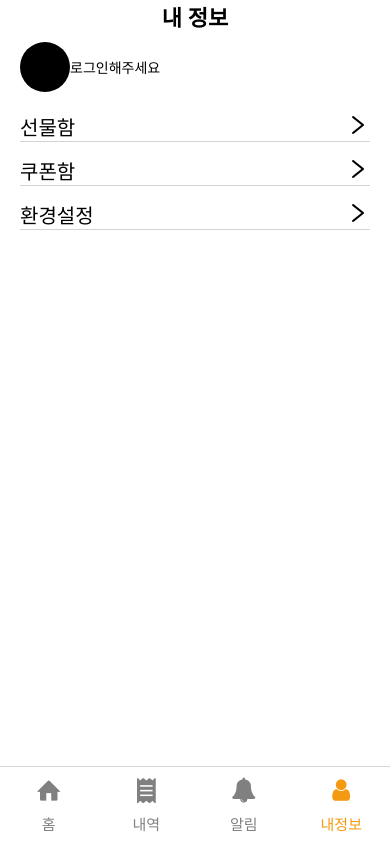
Repository: Unique0902/GachiDutch
Screen: /User
These files come from the project's save history. The screen is drawn as it stood at one moment and after the next save; the edit follows.
The app was drawn by React Native's web renderer in a window 390 px wide. The project was rebuilt for these pictures with package versions that can differ from the ones it lists, and the page was loaded fresh each time. Some packages were replaced by stand-ins written for this rebuild. Also part of the build but not shown: sources/components/lowBar/lowBar.jsx, sources/components/taxi/taxi.jsx, sources/components/alarm/alert.js, sources/components/alarm/alarm.jsx, sources/components/dutch_history/dutch_history.jsx, sources/components/dutchpay_historys/dutchpay_historys.jsx, sources/components/delivery_historys/delivery_historys.jsx, sources/components/taxi_historys/taxi_historys.jsx and 3 more.

Above is the screen before, as saved 2022-11-11 16:44:46.

### App.js
import React from 'react';
import { StyleSheet, Text, View, Image } from 'react-native';
import Home from './sources/components/home/home';
import { NavigationContainer } from '@react-navigation/native';
import { createNativeStackNavigator } from '@react-navigation/native-stack';
import Taxi from './sources/components/taxi/taxi';
import Main from './sources/routes/main/main';
import Login from './sources/routes/login/login';
import HttpClient from './sources/network/http.js';
import ReceiptService from './sources/services/receipt.js';
import Ready from './sources/components/ready/ready';

const Stack = createNativeStackNavigator();
const baseURL = 'https://dutch-server.herokuapp.com';
const httpClient = new HttpClient(baseURL);
const receiptService = new ReceiptService(baseURL);

export default function App() {
  return (
    <>
      <NavigationContainer>
        <Stack.Navigator screenOptions={{ headerShown: false }}>
          <Stack.Screen
            name='Main'
            children={({ navigation, route }) => (
              <Main
                receiptService={receiptService}
                navigation={navigation}
                route={route}
              />
            )}
          />
          <Stack.Screen name='Taxi' component={Taxi} />
          <Stack.Screen name='Login' component={Login} />
          <Stack.Screen name='Ready' component={Ready} />
        </Stack.Navigator>
      </NavigationContainer>
    </>
  );
}

const styles = StyleSheet.create({
  header: {
    flexDirection: 'row',
    alignItems: 'center',
    justifyContent: 'space-between',
    margin: 25,
  },
  main: {},
  container: {
    flex: 1,
    backgroundColor: '#fff',
    alignItems: 'center',
    justifyContent: 'center',
  },
  logo: {
    width: 150,
    height: 30,
  },
});

### sources/components/home/home.jsx
import React, { useRef, useState, useEffect } from 'react';
import {
  StyleSheet,
  Text,
  View,
  Image,
  Button,
  Pressable,
  ScrollView,
  Dimensions,
} from 'react-native';
import { Entypo } from '@expo/vector-icons';
import { FontAwesome } from '@expo/vector-icons';
import { FontAwesome5 } from '@expo/vector-icons';
import LowBar from '../lowBar/lowBar';
import { isLogin, getUid } from '../../services/asyncstorage';
import { StatusBar } from 'react-native';

const Home = ({ login, setLogin, navigation, setUserData, userData }) => {
  const [scrollNum, setScrollNum] = useState(1);
  const windowWidth = Dimensions.get('window').width;
  const statusBarHeight = StatusBar.currentHeight;
  const headerStyle = {
    marginTop: statusBarHeight,
  };
  let advertisementWidth = windowWidth - 40;
  const scrollWidth = parseInt(advertisementWidth);
  let scrollLeft = 0;

  const advertisementStyle = () => {
    return {
      width: advertisementWidth,
    };
  };
  const pageCircleStyle = (num) => {
    if (scrollNum === num) {
      return {
        color: '#FB9700',
      };
    } else {
      return {
        color: '#FFFDD1',
      };
    }
  };
  const scrollRef = useRef();
  return (
    <View style={[styles.home, headerStyle]}>
      <View style={styles.top}>
        <View style={styles.header}>
          <Image
            source={require('../../images/dutch_logo.png')}
            style={styles.logo}
          />
          <Pressable
            onPress={() => {
              navigation.navigate('Ready');
            }}
          >
            <Entypo name='menu' size={35} color='black' />
          </Pressable>
        </View>
        <View style={styles.mainTop}>
          {login ? (
            <View style={styles.onLogin}>
              <Text style={styles.onLoginText}>
                {userData && userData.name}님 반가워요!
              </Text>
            </View>
          ) : (
            <View style={styles.login}>
              <View style={styles.loginTop}>
                <Pressable
                  style={styles.loginBtn}
                  onPress={() =>
                    navigation.navigate('Login', { setLogin, setUserData })
                  }
                >
                  <Text style={[styles.loginText, styles.loginBtnText]}>
                    로그인
                  </Text>
                </Pressable>
                <Text style={styles.loginText}>하시고</Text>
              </View>
              <Text style={styles.loginText}>다양한 혜택을 만나 보세요!</Text>
            </View>
          )}
          <View style={styles.advertisementBox}>
            <ScrollView
              horizontal
              pagingEnabled
              contentContainerStyle={styles.advertisementScroll}
              ref={scrollRef}
              onScroll={(e) => {
                scrollLeft = parseInt(e.nativeEvent.contentOffset.x);
                if (scrollLeft % scrollWidth < 10) {
                  setScrollNum(parseInt(scrollLeft / scrollWidth + 1));
                }
              }}
              scrollEventThrottle={100}
              showsHorizontalScrollIndicator={false}
            >
              <Pressable
                style={[styles.advertisement, advertisementStyle()]}
                onPress={() => {
                  navigation.navigate('Ready');
                }}
              >
                <Image
                  source={require('../../images/advertisement_img.png')}
                  style={styles.advertisementImg}
                />
                <Text style={styles.advertisementText}>
                  같이 더치로{'\n'}편리하게 이용하세요
                </Text>
              </Pressable>
              <Pressable
                style={[styles.advertisement, advertisementStyle()]}
                onPress={() => {
                  navigation.navigate('Ready');
                }}
              >
                <Image
                  source={require('../../images/advertisement_img.png')}
                  style={styles.advertisementImg}
                />
                <Text style={styles.advertisementText}>
                  같이 더치로{'\n'}편리하게 이용하세요
                </Text>
              </Pressable>
              <Pressable
                style={[styles.advertisement, advertisementStyle()]}
                onPress={() => {
                  navigation.navigate('Ready');
                }}
              >
                <Image
                  source={require('../../images/advertisement_img.png')}
                  style={styles.advertisementImg}
                />
                <Text style={styles.advertisementText}>
                  같이 더치로{'\n'}편리하게 이용하세요
                </Text>
              </Pressable>
              <Pressable
                style={[styles.advertisement, advertisementStyle()]}
                onPress={() => {
                  navigation.navigate('Ready');
                }}
              >
                <Image
                  source={require('../../images/advertisement_img.png')}
                  style={styles.advertisementImg}
                />
                <Text style={styles.advertisementText}>
                  같이 더치로{'\n'}편리하게 이용하세요
                </Text>
              </Pressable>
            </ScrollView>
            <View style={styles.pageCircles}>
              <FontAwesome
                style={[styles.pageCircle, pageCircleStyle(1)]}
                name='circle'
                size={10}
                color='white'
              />
              <FontAwesome
                style={[styles.pageCircle, pageCircleStyle(2)]}
                name='circle'
                size={10}
                color='white'
              />
              <FontAwesome
                style={[styles.pageCircle, pageCircleStyle(3)]}
                name='circle'
                size={10}
                color='white'
              />
              <FontAwesome
                style={[styles.pageCircle, pageCircleStyle(4)]}
                name='circle'
                size={10}
                color='white'
              />
            </View>
          </View>
        </View>
      </View>
      <Pressable
        style={styles.event}
        onPress={() => {
          navigation.navigate('Ready');
        }}
      >
        <View>
          <Text style={[styles.eventText, { fontSize: 20 }]}>
            이벤트 {'   '}|
          </Text>
        </View>
        <Text style={[styles.eventText, { fontSize: 15, marginLeft: 20 }]}>
          같이더치 월 결제로 10% 할인받자!
        </Text>
        <Text style={[styles.eventText, { fontSize: 20, marginLeft: 20 }]}>
          {'>'}
        </Text>
      </Pressable>

      <View style={styles.mainBottom}>
        <View style={styles.categories}>
          <View style={styles.topBtns}>
            <View style={styles.btnShadow}>
              <Pressable
                style={styles.goodsBtn}
                onPress={() => {
                  if (login) {
                    navigation.navigate('Taxi', { userData });
                  } else {
                    navigation.navigate('Login', { setLogin, setUserData });
                  }
                }}
              >
                <Image
                  source={require('../../images/taxi_img.png')}
                  style={styles.taxiImg}
                />
                <Text style={[styles.goodText, { marginTop: 20 }]}>택시</Text>
              </Pressable>
            </View>
            <View style={styles.btnShadow}>
              <Pressable
                style={styles.goodsBtn}
                onPress={() => {
                  navigation.navigate('Ready');
                }}
              >
                <Image
                  source={require('../../images/delivery_img.png')}
                  style={styles.taxiImg}
                />
                <Text style={[styles.goodText, { marginTop: 20 }]}>배달</Text>
              </Pressable>
            </View>
          </View>
          <View style={styles.downBtns}>
            <View style={styles.btnShadow}>
              <Pressable
                style={styles.downGoodsBtn}
                onPress={() => {
                  navigation.navigate('Ready');
                }}
              >
                <Image
                  source={require('../../images/taxi_human_img.png')}
                  style={styles.peopleImg}
                />
                <Text
                  style={[styles.goodText, { marginRight: 20, marginLeft: 20 }]}
                >
                  지인끼리
                </Text>
                <Image
                  source={require('../../images/location_img.png')}
                  style={styles.peopleImg}
                />
              </Pressable>
            </View>
          </View>
        </View>
      </View>
    </View>
  );
};

export default Home;

const styles = StyleSheet.create({
  home: {
    flex: 1,
    flexDirection: 'column',
  },
  loginText: {
    paddingVertical: 5,
  },
  header: {
    flexDirection: 'row',
    alignItems: 'center',
    justifyContent: 'space-between',
    margin: 0,
    flex: 1,
  },
  mainTop: {
    flex: 6,
  },
  top: {
    flex: 6,
    padding: 20,
  },
  loginBtn: {},
  login: {
    flex: 2,
    marginTop: 15,
  },
  onLogin: {
    flex: 2,
    marginTop: 15,
  },
  onLoginText: {
    marginTop: 10,
    fontSize: 25,
    fontWeight: '600',
    color: '#444444',
  },
  loginTop: {
    flexDirection: 'row',
    alignItems: 'center',
  },
  loginText: {
    fontSize: 18,
    color: '#444444',
  },
  loginBtnText: {
    color: '#F39910',
    textDecorationLine: 'underline',
    textDecorationStyle: 'solid',
    textDecorationColor: '#000',
  },
  mainBottom: {
    flex: 6,
    padding: 15,
  },
  advertisementScroll: {
    borderRadius: 15,
    position: 'relative',
  },
  advertisementBox: {
    flex: 4,
  },
  advertisement: {
    backgroundColor: '#FBBA00',
    borderRadius: 15,
    position: 'relative',
  },
  advertisementText: {
    color: 'white',
    fontSize: 20,
    fontWeight: '800',
    marginLeft: 30,
    marginTop: 25,
  },
  advertisementImg: {
    width: '100%',
    height: '87%',
    position: 'absolute',
    borderRadius: 20,
    bottom: 0,
  },
  pageCircles: {
    flexDirection: 'row',
    position: 'absolute',
    alignItems: 'center',
    bottom: 4,
    left: 140,
  },
  pageCircle: {
    marginLeft: 3,
    marginRight: 3,
  },
  event: {
    flex: 1,
    backgroundColor: '#3C4451',
    flexDirection: 'row',
    justifyContent: 'center',
    alignItems: 'center',
  },
  categories: {
    flex: 1,
  },
  topBtns: {
    flexDirection: 'row',
    flex: 3,
  },
  downBtns: {
    flex: 2,
  },
  goodsBtn: {
    borderRadius: 20,
    backgroundColor: 'white',
    width: '100%',
    height: '100%',
    alignItems: 'center',
    justifyContent: 'center',
  },
  downGoodsBtn: {
    borderRadius: 20,
    backgroundColor: 'white',
    width: '100%',
    height: '100%',
    flexDirection: 'row',
    justifyContent: 'center',
    alignItems: 'center',
  },
  goodText: {
    fontSize: 20,
    fontWeight: '600',
  },
  btnShadow: {
    flex: 1,
    shadowOffset: {
      width: 0,
      height: 1,
    },
    shadowOpacity: 0.18,
    borderRadius: 20,
    shadowRadius: 1.0,
    elevation: 1,
    margin: 5,
  },
  eventText: {
    color: 'white',
  },
  taxiImg: {
    width: 90,
    height: 90,
  },
  peopleImg: {
    width: 60,
    height: 67,
  },
  logo: {
    width: 150,
    height: 30,
  },
});

### sources/routes/main/main.jsx
import React, { useEffect, useRef, useState } from 'react';
import { View, Button, Text } from 'react-native';
import Home from '../../components/home/home';
import LowBar from '../../components/lowBar/lowBar';
import User from '../../components/user/user';
import Alarm from '../../components/alarm/alarm';
import Receipt from '../../components/receipt/receipt';
import { createBottomTabNavigator } from '@react-navigation/bottom-tabs';
import { Entypo } from '@expo/vector-icons';
import { FontAwesome } from '@expo/vector-icons';
import { FontAwesome5 } from '@expo/vector-icons';
import { isLogin, matchUserData } from '../../services/asyncstorage';

const Tab = createBottomTabNavigator();

const Main = ({ receiptService, navigation, route }) => {
  const [login, setLogin] = useState(false);
  const [userData, setUserData] = useState(null);
  useEffect(() => {
    isLogin().then((result) => {
      if (result) {
        setLogin(true);
        console.log('로그인 되어있음!');
        matchUserData(setUserData);
      } else {
        setLogin(false);
        console.log('로그인 안되어있음!');
      }
    });
  }, [login]);
  return (
    <>
      <View style={{ flex: 14 }}>
        <Tab.Navigator
          screenOptions={({ route }) => ({
            tabBarIcon: ({ color, size }) => {
              if (route.name === 'Home') {
                return <Entypo name='home' size={size} color={color} />;
              } else if (route.name === 'Receipt') {
                return (
                  <FontAwesome5 name='receipt' size={size} color={color} />
                );
              } else if (route.name === 'Alarm') {
                return <FontAwesome name='bell' size={size} color={color} />;
              } else if (route.name === 'User') {
                return <FontAwesome name='user' size={size} color={color} />;
              }
            },
            tabBarStyle: { flex: 0.1 },
            tabBarLabelStyle: {
              fontSize: 15,
              marginBottom: 10,
              fontWeight: '500',
            },
            tabBarActiveTintColor: '#F49A11',
            tabBarInactiveTintColor: 'gray',
            headerShown: false,
          })}
        >
          <Tab.Screen
            name='Home'
            options={({ route, navigation }) => {
              return { tabBarLabel: '홈' };
            }}
            children={({ navigation }) => (
              <Home
                login={login}
                setLogin={setLogin}
                navigation={navigation}
                setUserData={setUserData}
                userData={userData}
              />
            )}
          />
          <Tab.Screen
            name='Receipt'
            options={({ route, navigation }) => {
              return { tabBarLabel: '내역' };
            }}
            children={({ navigation, route }) => (
              <Receipt
                login={login}
                navigation={navigation}
                receiptService={receiptService}
                userData={userData}
                route={route}
              />
            )}
          />
          <Tab.Screen
            options={({ route, navigation }) => {
              return { tabBarLabel: '알림' };
            }}
            name='Alarm'
            children={({ navigation }) => (
              <Alarm login={login} navigation={navigation} />
            )}
          />
          <Tab.Screen
            options={({ route, navigation }) => {
              return { tabBarLabel: '내정보' };
            }}
            name='User'
            children={({ navigation }) => (
              <User
                login={login}
                setLogin={setLogin}
                navigation={navigation}
                setUserData={setUserData}
                userData={userData}
              />
            )}
          />
        </Tab.Navigator>
      </View>
    </>
  );
};

export default Main;

### sources/network/http.js
export default class HttpClient {
  constructor(baseURL) {
    this.baseURL = baseURL;
  }

  async fetch(url, options) {
    const res = await fetch(`${this.baseURL}${url}`, {
      ...options,
      headers: {
        'Content-Type': 'application/json',
        ...options.headers,
      },
    });
    let data;
    try {
      data = await res.json();
    } catch (error) {
      console.error(error);
    }

    if (res.status > 299 || res.status < 200) {
      const message =
        data && data.message ? data.message : 'Something went wrong! 🤪';
      const error = new Error(message);
      throw error;
    }
    return data;
  }
}

### sources/services/receipt.js
export default class ReceiptService {
  constructor(http) {
    this.http = http;
  }

  getTexiHistorys = async (userId) => {
    return await fetch(`${this.http}/receipt/all/${userId}`, {
      method: 'GET',
    });
  };
}

### sources/services/asyncstorage.js
import AsyncStorage from '@react-native-async-storage/async-storage';

export const isLogin = async () => {
  try {
    const loginDatas = await AsyncStorage.getItem('loginDatas');
    console.log(loginDatas);
    if (loginDatas) {
      return true;
    } else {
      return false;
    }
  } catch (e) {
    console.error(e);
  }
};

export const logout = async () => {
  try {
    await AsyncStorage.removeItem('loginDatas');
  } catch (error) {
    console.error(error);
  }
};

export const getRefreshToken = async () => {
  try {
    const loginDatas = await AsyncStorage.getItem('loginDatas');
    if (loginDatas) {
      return JSON.parse(loginDatas).refreshToken;
    }
  } catch (e) {
    console.error(e);
  }
};

export const getUid = async () => {
  try {
    const loginDatas = await AsyncStorage.getItem('loginDatas');
    if (loginDatas) {
      return JSON.parse(loginDatas).uid;
    }
  } catch (e) {
    console.error(e);
  }
};

export const matchUserData = async (setUserData) => {
  try {
    const loginDatas = await AsyncStorage.getItem('loginDatas');
    if (loginDatas) {
      return setUserData(JSON.parse(loginDatas));
    }
  } catch (e) {
    console.error(e);
  }
};

### sources/components/user/user.jsx
import React, { useEffect, useRef, useState } from 'react';
import { StatusBar } from 'react-native';
import {
  StyleSheet,
  Text,
  View,
  Pressable,
  ScrollView,
  Image,
} from 'react-native';
import { AntDesign } from '@expo/vector-icons';
import { isLogin, logout } from '../../services/asyncstorage';

export default function User({
  login,
  setLogin,
  navigation,
  setUserData,
  userData,
}) {
  const statusBarHeight = StatusBar.currentHeight;
  const headerStyle = {
    marginTop: statusBarHeight,
  };
  const onProfilePress = () => {
    console.log('profile pressed');
  };
  const onProfileInfoPress = () => {
    if (login) {
    } else {
      navigation.navigate('Login', { setLogin: setLogin });
    }
  };
  useEffect(() => {
    console.log(login);
  }, []);
  return (
    <View style={styles.container}>
      <View>
        <Text style={[styles.header, headerStyle]}>내 정보</Text>
      </View>
      <View>
        <Pressable style={styles.profileArea}>
          <Pressable onPress={onProfilePress}>
            <Image style={styles.profileImage} />
          </Pressable>
          <View>
            {login ? (
              <>
                <Text style={styles.pointText}>
                  {userData && userData.name} 님
                </Text>
              </>
            ) : (
              <>
                <Text>로그인해주세요</Text>
              </>
            )}
          </View>
        </Pressable>
        {/* <Pressable
          style={{
            flexDirection: 'column',
            alignItems: 'flex-end',
            marginBottom: 15,
          }}
        >
          <View style={{ flexDirection: 'row' }}>
            <Text>*** </Text>
            <Text>Point</Text>
            <AntDesign name='right' size={24} color='black' />
          </View>
        </Pressable> */}
      </View>

      <View style={styles.menus}>
        {/* <Pressable style={styles.enterMenu}>
          <Text style={styles.menuText}>주문내역</Text>
          <AntDesign name='right' size={24} color='black' />
        </Pressable> */}
        <Pressable style={styles.enterMenu}>
          <Text style={styles.menuText}>선물함</Text>
          <AntDesign name='right' size={24} color='black' />
        </Pressable>
        <Pressable style={styles.enterMenu}>
          <Text style={styles.menuText}>쿠폰함</Text>
          <AntDesign name='right' size={24} color='black' />
        </Pressable>
        <Pressable style={styles.enterMenu}>
          <Text style={styles.menuText}>환경설정</Text>
          <AntDesign name='right' size={24} color='black' />
        </Pressable>
        {login && (
          <Pressable style={styles.logoutBtn}>
            <Text
              style={styles.logoutText}
              onPress={() => {
                logout().then(() => {
                  setLogin(false);
                  console.log('로그아웃됨!');
                  setUserData(null);
                  navigation.navigate('Main', { screen: 'Home' });
                });
              }}
            >
              로그아웃
            </Text>
          </Pressable>
        )}
      </View>
    </View>
    //내정보
  );
}

const styles = StyleSheet.create({
  container: {
    flex: 1,
    backgroundColor: '#fff',
    paddingHorizontal: 20,
  },
  header: {
    fontSize: 22,
    fontWeight: '600',
    alignSelf: 'center',
  },
  enterMenu: {
    justifyContent: 'space-between',
    flexDirection: 'row',
    marginBottom: 14,
    borderBottomColor: 'lightgray',
    borderBottomWidth: 0.5,
    borderStyle: 'solid',
  },
  menus: {
    marginTop: 20,
  },
  menuText: {
    fontSize: 20,
    fontWeight: '500',
  },
  pointText: {
    fontSize: 20,
    fontWeight: '500',
  },
  profileImage: {
    width: 50,
    height: 50,
    borderRadius: 100,
    backgroundColor: 'black',
  },
  infoArea: {
    flexDirection: 'column',
  },
  infoText: {
    fontSize: 24,
    fontWeight: '500',
  },
  profileArea: {
    marginTop: 10,
    flexDirection: 'row',
    alignItems: 'center',
  },
  logoutBtn: {},
  logoutText: {
    fontSize: 20,
    fontWeight: '500',
    color: 'red',
  },
});

Loaded but not shown: index.js (common file)

After the next save:
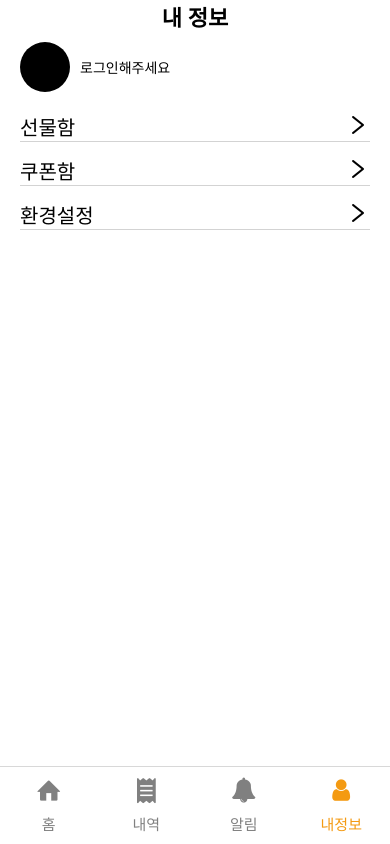
Saved 49 s later.
--- a/sources/components/user/user.jsx
+++ b/sources/components/user/user.jsx
@@ -44,7 +44,7 @@ export default function User({
           <Pressable onPress={onProfilePress}>
             <Image style={styles.profileImage} />
           </Pressable>
-          <View>
+          <View style={styles.profileName}>
             {login ? (
               <>
                 <Text style={styles.pointText}>
@@ -167,4 +167,7 @@ const styles = StyleSheet.create({
     fontWeight: '500',
     color: 'red',
   },
+  profileName: {
+    marginLeft: 10,
+  },
 });
